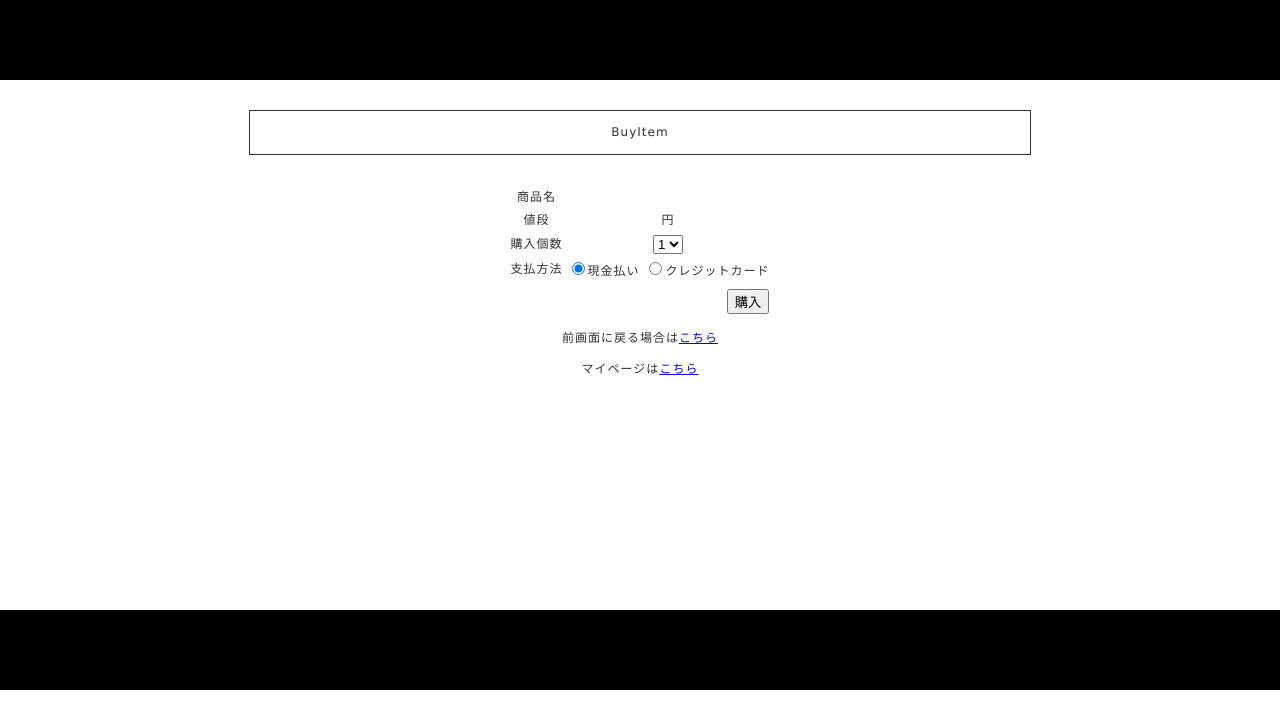
Repository: omochi2213/test
Page: http://localhost/ecsite/buyItemComplete.jsp
These files come from the project's save history. The page is drawn as it stood at one moment and after the next save; the edit follows.
The browser window is 1280 px wide. The pictures show the whole page.
The page is served by Tomcat 9. Other server files are loaded and not shown.

Above is the page before, as saved 2018-09-25 06:45:29.

### ecsite/WebContent/buyItemComplete.jsp
<%@ page language="java" contentType="text/html; charset=UTF-8"
    pageEncoding="UTF-8" %>
<%@ taglib prefix="s" uri="/struts-tags" %>
<!DOCTYPE html>
<html>
<head>
<meta http-equiv="Content-Type" content="text/html; charset=UTF-8"/>
<meta http-equiv="Content-Style-Type" content="text/css"/>
<meta http-equiv="Content-Script-Type" content="text/javascript"/>
<meta http-equiv="imagetoolbar" content="no"/>
<meta name="description" content=""/>
<meta name="keywords" content=""/>
<title>BuyItemComplete画面</title>
<style type="text/css">
	body{
	margin:0;
	padding:0;
	line-height:1.6;
	letter-spacing:1px;
	font-family:Verdana,Helvetica,sans-serif;
	font-size:12px;
	color:#333;
	background:#fff;
	}
	table{
	text-align:center;
	margin:0 auto;
	}
	#top{
	width:780px;
	margin:30px auto;
	border:1px solid #333;
	}
	#header{
	width:100%;
	height:80px;
	background-color:black;
	}
	#main{
	width:100%;
	height:500px;
	text-align:center;
	}
	#footer{
	width:100%;
	height:80px;
	background-color:black;
	clear:both;
	}
</style>
</head>
<body>
	<div id="header">
		<div id="pr"></div>
	</div>
	<div id="main">
		<div id="top">
			<p>BuyItem</p>
		</div>
		<div>
			<s:form action="BuyItemAction">
				<table>
					<tr>
						<td><span>商品名</span></td>
						<td><s:property value="session.buyItem_name"/><br></td>
					</tr>
					<tr>
						<td><span>値段</span></td>
						<td><s:property value="session.buyItem_price"/><span>円</span></td>
					</tr>
					<tr>
						<td><span>購入個数</span></td>
						<td>
						<select name="count">
							<option value="1" selected="selected">1</option>
							<option value="2">2</option>
							<option value="3">3</option>
							<option value="4">4</option>
							<option value="5">5</option>
						</select>
						</td>
					</tr>
					<tr>
						<td><span>支払方法</span></td>
						<td><input type="radio" name="pay" value="1" checked="checked">現金払い
						<input  type="radio" name="pay" value="2">クレジットカード</td>
					</tr>
					<tr>
						<td><s:submit value="購入"/></td>
					</tr>
				</table>
			</s:form>
			<div>
				<p>前画面に戻る場合は<a href='<s:url action="GoHomeAction"/>'>こちら</a></p>
				<p>マイページは<a href='<s:url action="MyPageAction"/>'>こちら</a></p>
			</div>
		</div>
	</div>
	<div id="footer">
	<div id="pr"></div>
	</div>

</body>
</html>

After the next save:
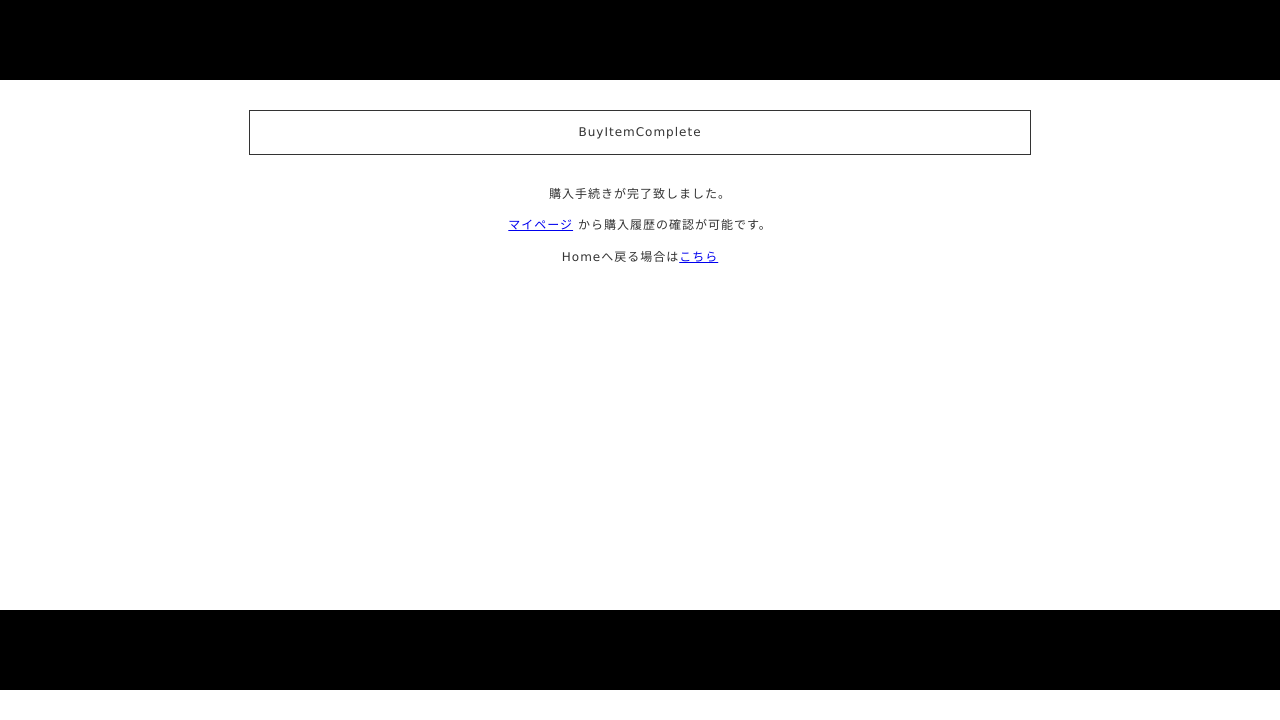
Saved 19 min 44 s later.
--- a/ecsite/WebContent/buyItemComplete.jsp
+++ b/ecsite/WebContent/buyItemComplete.jsp
@@ -55,46 +55,17 @@
 	</div>
 	<div id="main">
 		<div id="top">
-			<p>BuyItem</p>
+			<p>BuyItemComplete</p>
 		</div>
 		<div>
-			<s:form action="BuyItemAction">
-				<table>
-					<tr>
-						<td><span>商品名</span></td>
-						<td><s:property value="session.buyItem_name"/><br></td>
-					</tr>
-					<tr>
-						<td><span>値段</span></td>
-						<td><s:property value="session.buyItem_price"/><span>円</span></td>
-					</tr>
-					<tr>
-						<td><span>購入個数</span></td>
-						<td>
-						<select name="count">
-							<option value="1" selected="selected">1</option>
-							<option value="2">2</option>
-							<option value="3">3</option>
-							<option value="4">4</option>
-							<option value="5">5</option>
-						</select>
-						</td>
-					</tr>
-					<tr>
-						<td><span>支払方法</span></td>
-						<td><input type="radio" name="pay" value="1" checked="checked">現金払い
-						<input  type="radio" name="pay" value="2">クレジットカード</td>
-					</tr>
-					<tr>
-						<td><s:submit value="購入"/></td>
-					</tr>
-				</table>
-			</s:form>
+			<p>購入手続きが完了致しました。</p>
 			<div>
-				<p>前画面に戻る場合は<a href='<s:url action="GoHomeAction"/>'>こちら</a></p>
-				<p>マイページは<a href='<s:url action="MyPageAction"/>'>こちら</a></p>
+				<a href='<s:url action="MyPageAction"/>'>マイページ</a>
+				<span>から購入履歴の確認が可能です。</span>
+				<p>Homeへ戻る場合は<a href='<s:url action="GoHomeAction"/>'>こちら</a>
 			</div>
 		</div>
+
 	</div>
 	<div id="footer">
 	<div id="pr"></div>
